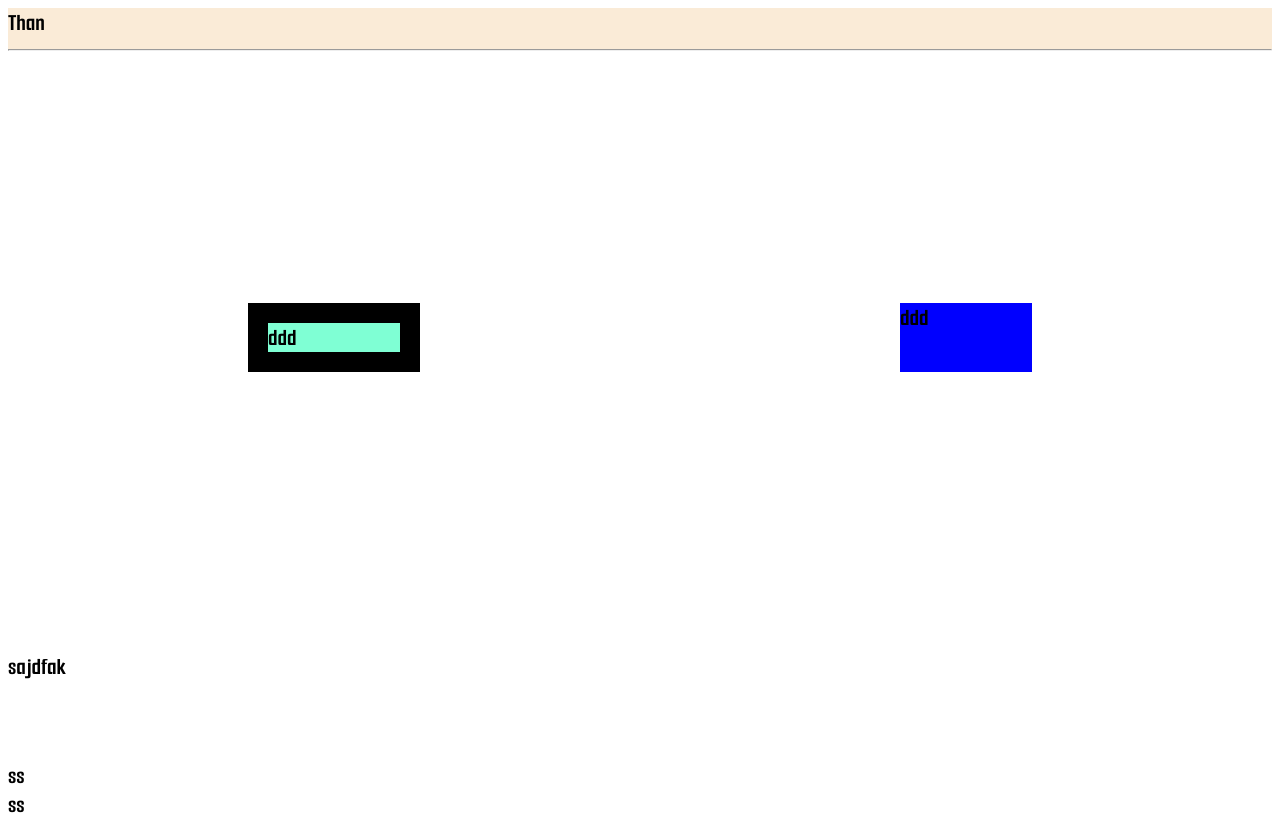
Repository: Than-dot/Than-dot
Page: index.html
The author's editor kept a copy of each file at every save. The page is drawn from the files as they stood at one save, then again after a run of saves.
The browser window is 1280 px wide. The pictures show the whole page.

Above is the page before, as saved 2026-04-22 12:41:31.

### index.html
<!doctype html>
<html lang="en">
  <head>
    <meta charset="UTF-8" />
    <meta name="viewport" content="width=device-width, initial-scale=1.0" />
    <title>Than</title>
    <link rel="stylesheet" href="styles/global.css" />
    <link rel="stylesheet" href="styles/index.css" />
  </head>

  <body>
    <header>
      <nav>Than</nav>
      <hr />
    </header>
    <main class="container">
      <article class="f-art">ddd</article>
      <aside class = "f-asi">ddd</aside>
      <article class="stats">sajdfak</article>
    </main>
    <article>ss</article>
    <aside>ss</aside>
  </body>
</html>

### styles/global.css
@font-face {
  font-family: Smooch-Sans;
  src: url(/assets/font/Roboto,Smooch_Sans/Smooch_Sans/SmoochSans-VariableFont_wght.ttf);
}

body {
  font-family: Smooch-Sans, sans-serif;
  font-weight: bold;
  font-size: 1.5rem;
}

### styles/index.css
.container {
  display: grid;
  grid-template-columns: auto auto;
}

header {
  background-color: antiquewhite;
}

.f-art {
  background-color: aquamarine;
  margin: 15rem;
  border: 20px solid black;
}

.f-asi {
  background-color: blue;
  margin: 15rem;
}

.stats {
  margin-top: 2.5rem;
  margin-bottom: 5rem;
}

After the next 2 saves:
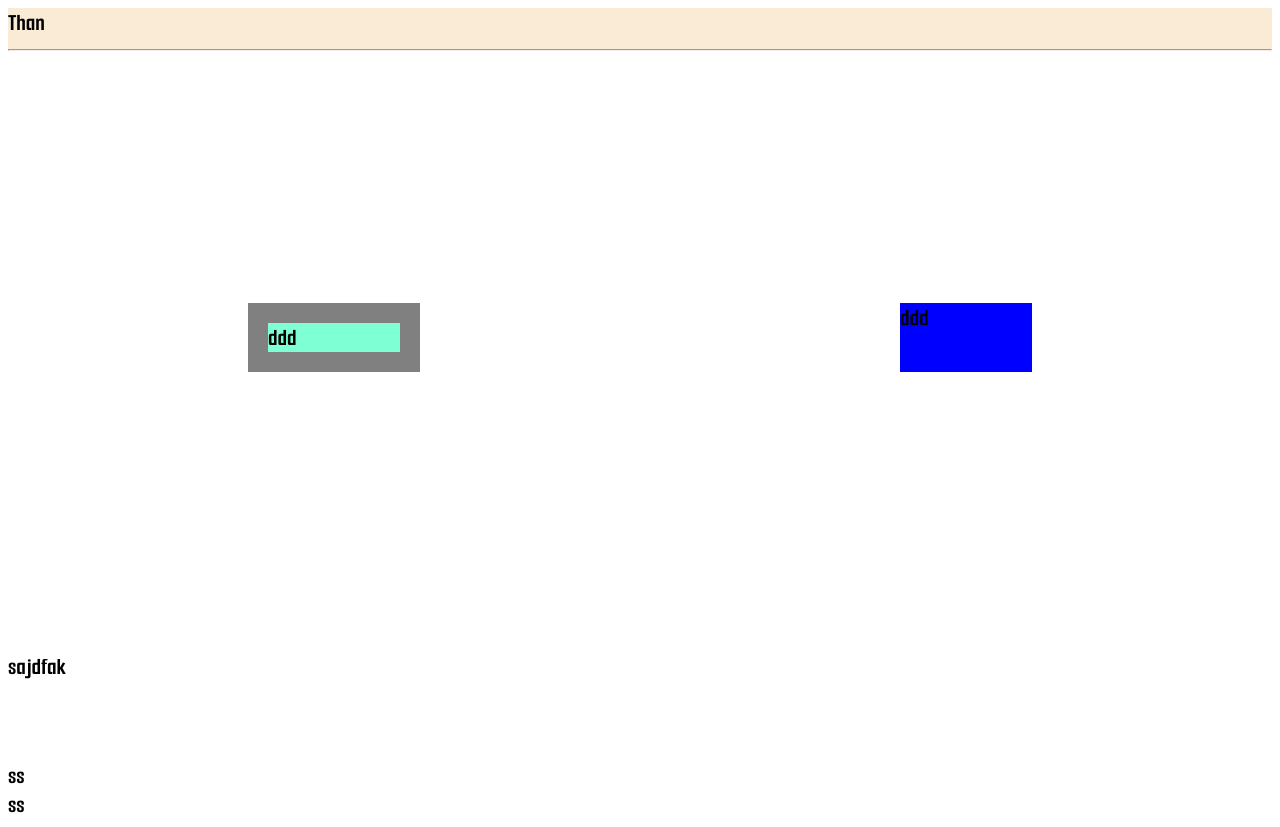
The 2 saves are shown as one change because they came seconds apart.
The last was saved 8 s later.
--- a/styles/index.css
+++ b/styles/index.css
@@ -10,7 +10,7 @@ header {
 .f-art {
   background-color: aquamarine;
   margin: 15rem;
-  border: 20px solid black;
+  border: 20px solid grey;
 }
 
 .f-asi {
